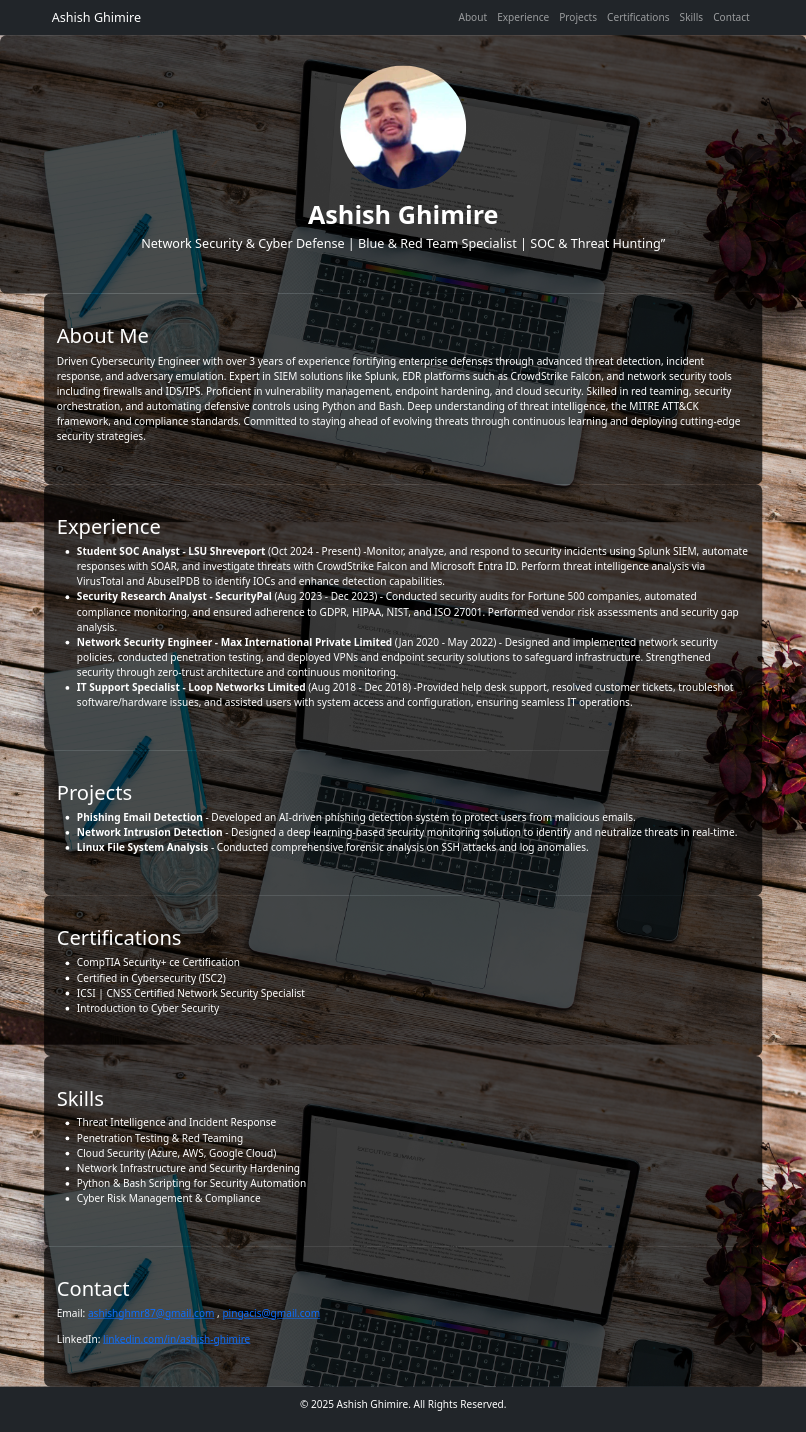
Repository: NetworkNinja11/ashishghimire.github.io
Page: index.html
These files come from the project's save history. The page is drawn as it stood at one moment and after the next save; the edit follows.
The browser window is 1280 px wide. The pictures show the whole page, at 63% of full size.
Backgrounds fixed to the window are drawn as part of the page.

Above is the page before, as saved 2025-03-11 01:10:45.
Not found: styles.css

After the next save:
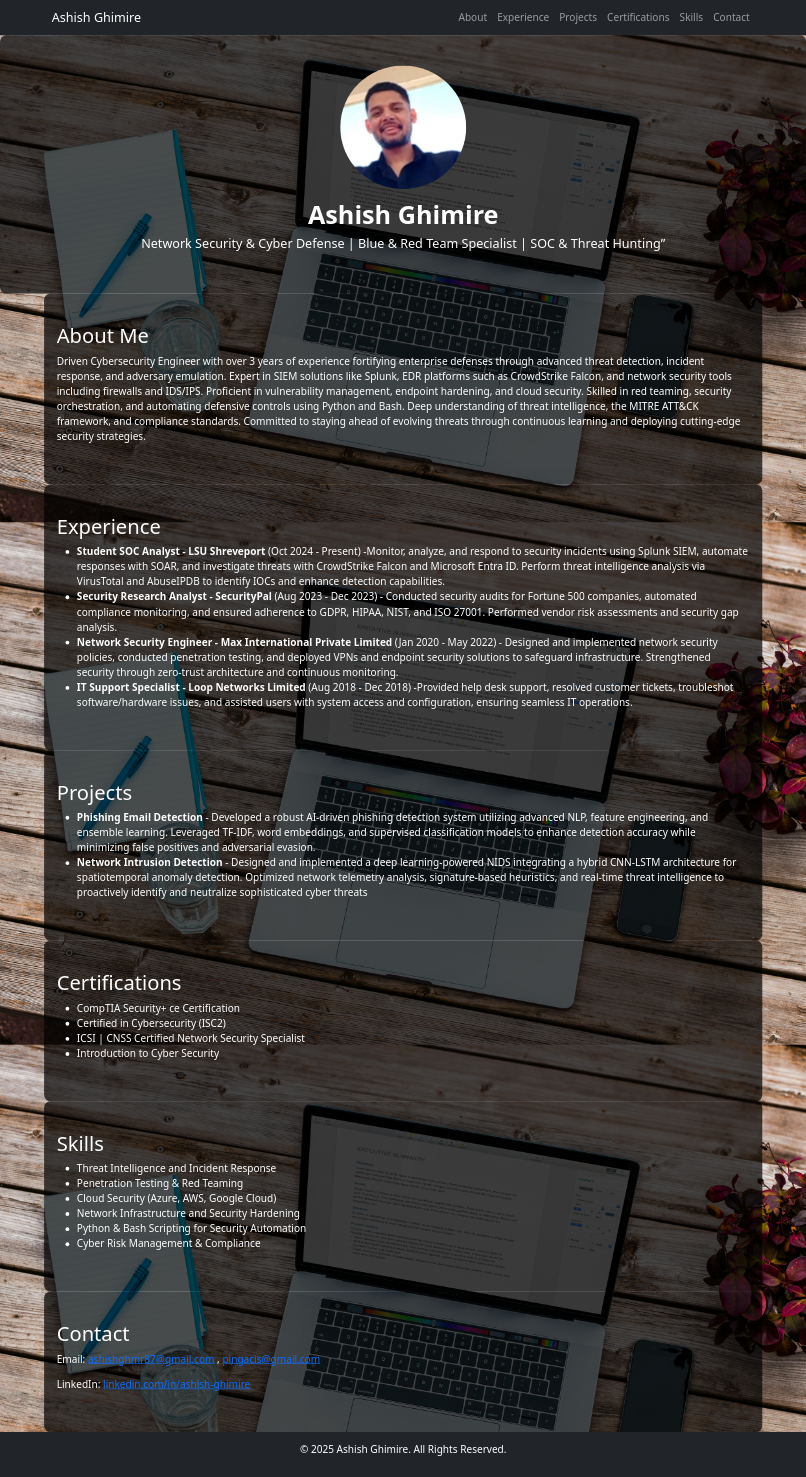
Saved 5 min 3 s later.
--- a/index.html
+++ b/index.html
@@ -65,9 +65,9 @@
     <section id="projects" class="container py-5 content-section">
         <h2>Projects</h2>
         <ul>
-            <li><strong>Phishing Email Detection</strong> - Developed an AI-driven phishing detection system to protect users from malicious emails.</li>
-            <li><strong>Network Intrusion Detection</strong> - Designed a deep learning-based security monitoring solution to identify and neutralize threats in real-time.</li>
-            <li><strong>Linux File System Analysis</strong> - Conducted comprehensive forensic analysis on SSH attacks and log anomalies.</li>
+            <li><strong>Phishing Email Detection</strong> - Developed a robust AI-driven phishing detection system utilizing advanced NLP, feature engineering, and ensemble learning. Leveraged TF-IDF, word embeddings, and supervised classification models to enhance detection accuracy while minimizing false positives and adversarial evasion.</li>
+            <li><strong>Network Intrusion Detection</strong> - Designed and implemented a deep learning-powered NIDS integrating a hybrid CNN-LSTM architecture for spatiotemporal anomaly detection. Optimized network telemetry analysis, signature-based heuristics, and real-time threat intelligence to proactively identify and neutralize sophisticated cyber threats</li>
+
         </ul>
     </section>
 
